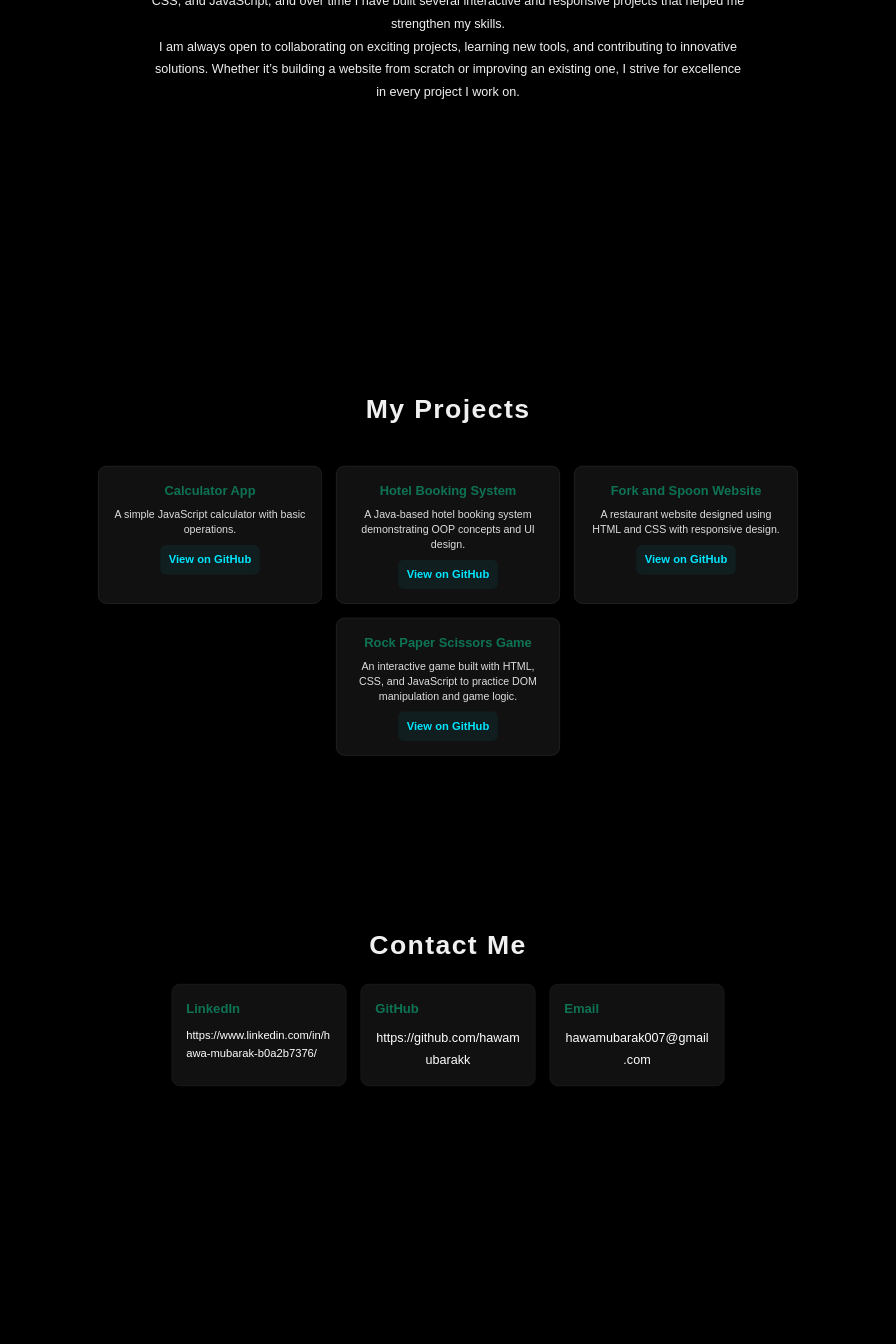
Repository: hawamubarakk/my-portfolio
Page: index.html
An editor plug-in stored every save of this project. The page is shown before and after the next save, followed by the edit.
The browser window is 1280 px wide. The pictures show the part of the page from y = 1071 to 2991 px (the page is 2991 px tall), at 70% of full size.

Above is the page before, as saved 2025-08-12 20:49:08.

After the next save:
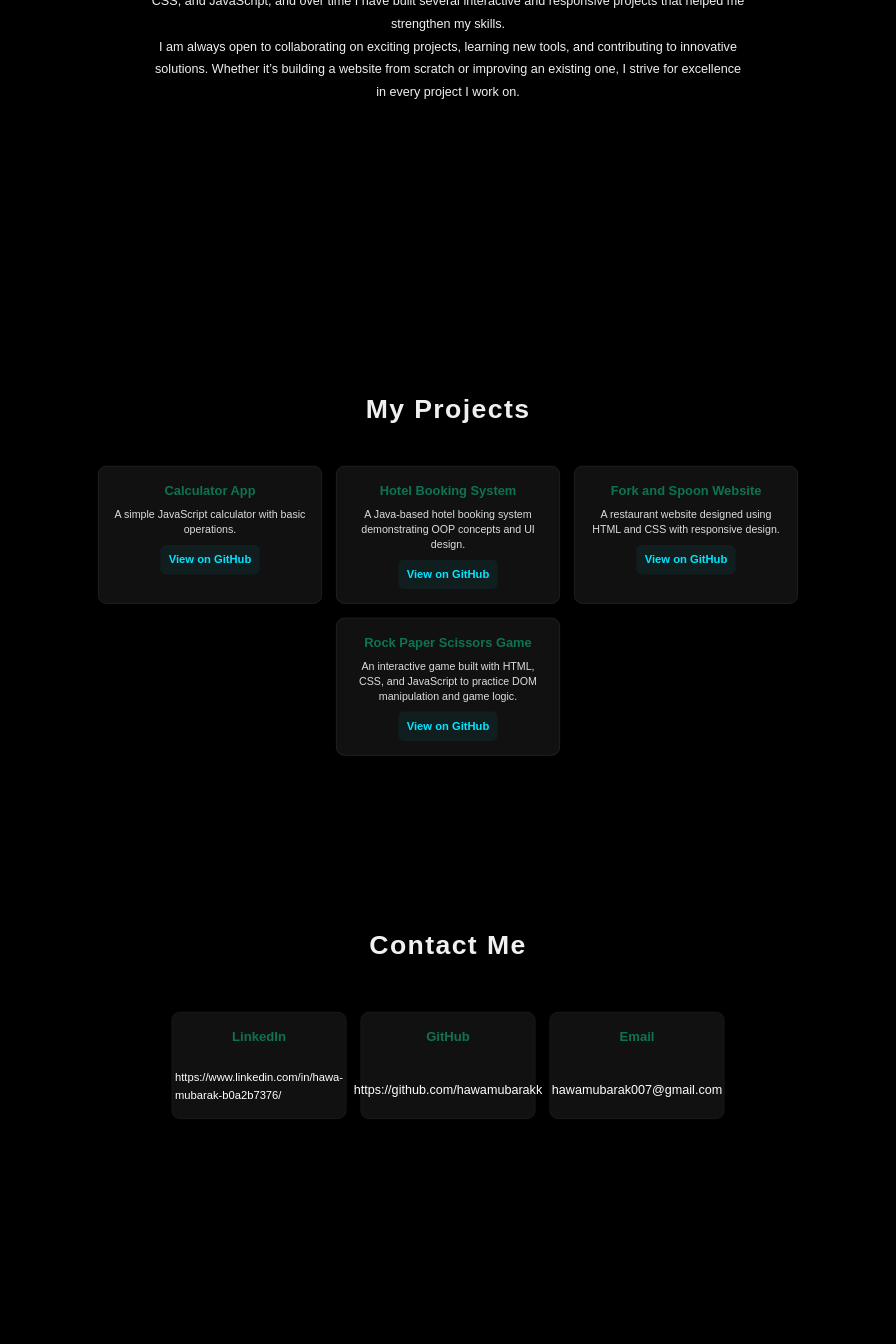
Saved 2 min 16 s later.
--- a/css/style.css
+++ b/css/style.css
@@ -124,6 +124,14 @@ header {
 
 .contact-box a:hover, .project-box a:hover {
     color: #0d7354;
+}
+
+.contact-box{
+    display: flex;
+    flex-wrap: wrap;
+    gap: 20px;
+    justify-content: center;
+    margin-top: 40px;
 }
 
 /* Projects Grid */
